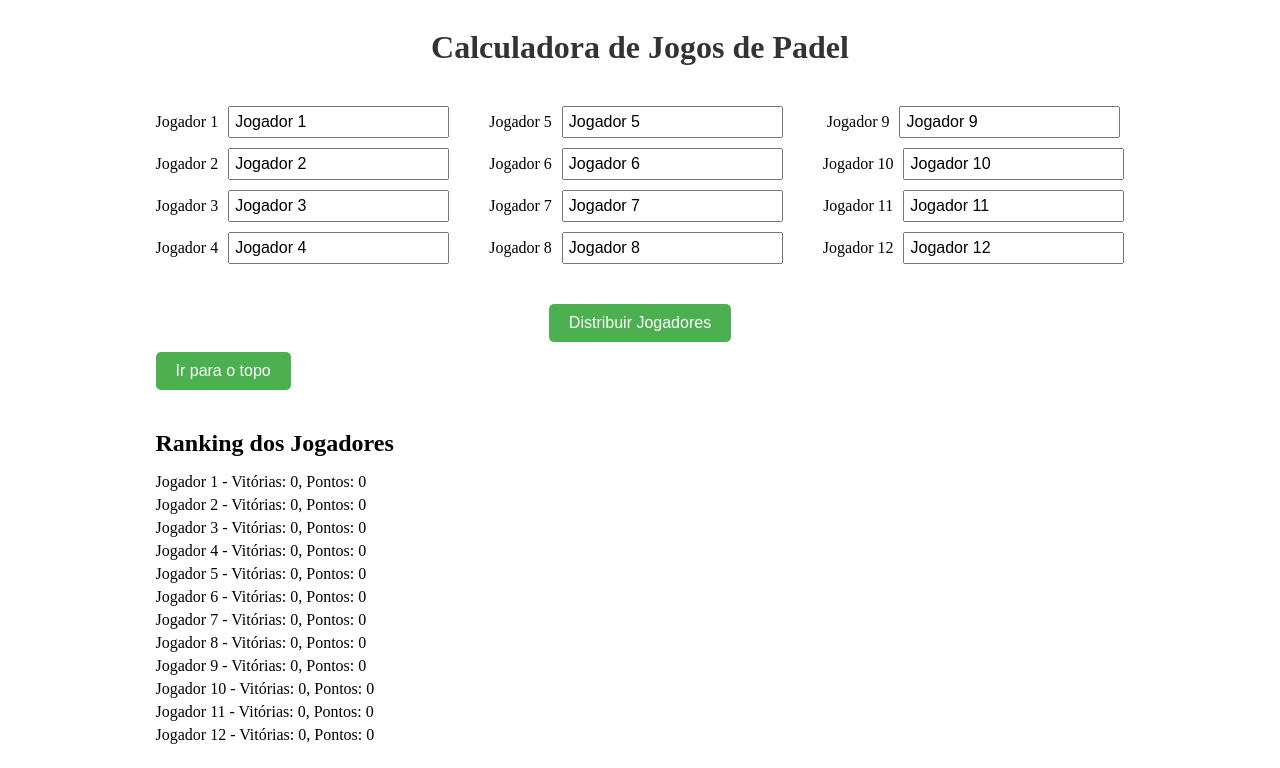
Repository: MarcioMiguel22/PadelMaster
Page: /calculadora
These files come from the project's save history. The page is drawn as it stood at one moment and after the next save; the edit follows.
The browser window is 1280 px wide. The pictures show the whole page.
The project was rebuilt for these pictures with package versions that can differ from the ones it lists, and the page was loaded fresh each time. Also part of the build but not shown: vite.config.ts, src/pages/Home/Home.tsx, src/index.css.

Above is the page before, as saved 2024-06-13 23:39:54.

### src/main.tsx
///home/marciomiguel/code/MarcioMiguel22/Sites/PadelMaster/src/main.tsx
import { render } from 'react-dom';
import { StrictMode } from 'react';
import App from './App';
import './index.css';

const root = document.getElementById('root')!;
render(
  <StrictMode>
    <App />
  </StrictMode>,
  root
);

### src/App.tsx

///home/marciomiguel/code/MarcioMiguel22/Sites/PadelMaster/src/App.tsx

import { BrowserRouter, Routes, Route } from 'react-router-dom';
import Home from './pages/Home/Home';
import Calculadora from './pages/Calculadora/Calculadora';

function App() {
  return (
    <BrowserRouter>
      <Routes>
        <Route path="/" element={<Home />} />
        <Route path="/calculadora" element={<Calculadora />} /> // Wrap Calculadora component with curly braces
      </Routes>
    </BrowserRouter>
  );
}

export default App

### src/pages/Calculadora/Calculadora.tsx
import React, { useState } from 'react';
import './Calculadora.css';

type Jogador = {
  id: number;
  nome: string;
  vitorias: number;
  pontos: number;
};

type Time = {
  jogadores: Jogador[];
  resultado: number;
};

type Campo = {
  id: number;
  times: Time[];
};

const jogadoresIniciais: Jogador[] = Array.from({ length: 12 }, (_, i) => ({
  id: i + 1,
  nome: `Jogador ${i + 1}`,
  vitorias: 0,
  pontos: 0,
}));

const embaralharArray = <T,>(array: T[]): T[] => {
  const copiaArray = [...array];
  for (let i = copiaArray.length - 1; i > 0; i--) {
    const j = Math.floor(Math.random() * (i + 1));
    [copiaArray[i], copiaArray[j]] = [copiaArray[j], copiaArray[i]];
  }
  return copiaArray;
};

const criarTimes = (jogadores: Jogador[]): Time[] => {
  const jogadoresEmbaralhados = embaralharArray(jogadores);
  const times: Time[] = [];
  for (let i = 0; i < jogadoresEmbaralhados.length; i += 2) {
    times.push({ jogadores: jogadoresEmbaralhados.slice(i, i + 2), resultado: 0 });
  }
  return times;
};

const criarCampos = (times: Time[]): Campo[] => [
  { id: 1, times: times.slice(0, 2) },
  { id: 2, times: times.slice(2, 4) },
  { id: 3, times: times.slice(4, 6) },
];

const separarDuplas = (jogadores: Jogador[]): Jogador[] => {
  const separados: Jogador[] = [];
  while (jogadores.length) {
    const [jogador1, jogador2] = jogadores.splice(0, 2);
    separados.push(jogador1);
    if (jogador2) separados.push(jogador2);
  }
  return separados;
};

const criarNovasDuplas = (vencedores: Jogador[], perdedores: Jogador[]): Jogador[] => {
  const todosJogadores = separarDuplas([...vencedores, ...perdedores]);
  const novasDuplas: Jogador[] = [];

  for (let i = 0; i < todosJogadores.length; i += 2) {
    novasDuplas.push(todosJogadores[i]);
    novasDuplas.push(todosJogadores[i + 1]);
  }

  return novasDuplas;
};

const CalculadoraApp: React.FC = () => {
  const [jogadores, setJogadores] = useState<Jogador[]>(jogadoresIniciais);
  const [jogos, setJogos] = useState<Campo[][]>([]);

  const handleNomeChange = (id: number, novoNome: string) => {
    setJogadores(jogadores.map(jogador =>
      jogador.id === id ? { ...jogador, nome: novoNome } : jogador
    ));
  };

  const handleResultadoChange = (jogoIndex: number, campoId: number, timeIndex: number, novoResultado: number) => {
    setJogos(jogos.map((jogo, idx) =>
      idx === jogoIndex
        ? jogo.map(campo =>
            campo.id === campoId
              ? {
                  ...campo,
                  times: campo.times.map((time, index) =>
                    index === timeIndex ? { ...time, resultado: novoResultado } : time
                  ),
                }
              : campo
          )
        : jogo
    ));
  };

  const handleNomeEdit = (jogoIndex: number, campoId: number, timeIndex: number, jogadorIndex: number, novoNome: string) => {
    setJogos(jogos.map((jogo, idx) =>
      idx === jogoIndex
        ? jogo.map(campo =>
            campo.id === campoId
              ? {
                  ...campo,
                  times: campo.times.map((time, tIdx) =>
                    tIdx === timeIndex
                      ? {
                          ...time,
                          jogadores: time.jogadores.map((jogador, jIdx) =>
                            jIdx === jogadorIndex ? { ...jogador, nome: novoNome } : jogador
                          ),
                        }
                      : time
                  ),
                }
              : campo
          )
        : jogo
    ));
  };

  const distribuirJogadores = () => {
    const times = criarTimes(jogadores);
    const novosCampos = criarCampos(times);
    setJogos([novosCampos]);
  };

  const iniciarProximoJogo = () => {
    const ultimoJogo = jogos[jogos.length - 1];
    const novosCampos: Campo[] = [
      { id: 1, times: [] },
      { id: 2, times: [] },
      { id: 3, times: [] },
    ];

    ultimoJogo.forEach(campo => {
      if (campo.times.length === 2) {
        const [time1, time2] = campo.times;
        const vencedores = time1.resultado > time2.resultado ? time1.jogadores : time2.jogadores;
        const perdedores = time1.resultado > time2.resultado ? time2.jogadores : time1.jogadores;

        const margemVitoria = Math.abs(time1.resultado - time2.resultado);

        vencedores.forEach(jogador => {
          jogador.vitorias += 1;
          jogador.pontos += margemVitoria;
        });

        const jogadoresSeparados = criarNovasDuplas(vencedores, perdedores);

        if (campo.id === 1) {
          novosCampos[0].times.push({ jogadores: [jogadoresSeparados[0], jogadoresSeparados[1]], resultado: 0 });
          novosCampos[1].times.push({ jogadores: [jogadoresSeparados[2], jogadoresSeparados[3]], resultado: 0 });
        } else if (campo.id === 2) {
          novosCampos[0].times.push({ jogadores: [jogadoresSeparados[0], jogadoresSeparados[1]], resultado: 0 });
          novosCampos[2].times.push({ jogadores: [jogadoresSeparados[2], jogadoresSeparados[3]], resultado: 0 });
        } else if (campo.id === 3) {
          novosCampos[1].times.push({ jogadores: [jogadoresSeparados[0], jogadoresSeparados[1]], resultado: 0 });
          novosCampos[2].times.push({ jogadores: [jogadoresSeparados[2], jogadoresSeparados[3]], resultado: 0 });
        }
      }
    });

    setJogos([...jogos, novosCampos]);
  };

  const getTeamClass = (campo: Campo, timeIndex: number): string => {
    if (campo.times.length < 2) return '';
    const resultadoAtual = campo.times[timeIndex].resultado;
    const resultadoOponente = campo.times[1 - timeIndex]?.resultado;
    if (resultadoAtual > resultadoOponente) return 'team vencedor';
    if (resultadoAtual < resultadoOponente) return 'team perdedor';
    return 'team';
  };

  const scrollToTop = () => {
    window.scrollTo({ top: 0, behavior: 'smooth' });
  };

  const jogadoresClassificados = [...jogadores].sort((a, b) => {
    if (b.vitorias === a.vitorias) {
      return b.pontos - a.pontos;
    }
    return b.vitorias - a.vitorias;
  });

  return (
    <div className="calculadora-container">
      <h1>Calculadora de Jogos de Padel</h1>
      <div className="main-content">
        <div className="jogadores-lista">
          <div className="jogadores-coluna">
            {jogadores.slice(0, 4).map(jogador => (
              <div key={jogador.id} className="jogador-item">
                <label>{`Jogador ${jogador.id}`}</label>
                <input
                  type="text"
                  value={jogador.nome}
                  onChange={(e) => handleNomeChange(jogador.id, e.target.value)}
                />
              </div>
            ))}
          </div>
          <div className="jogadores-coluna">
            {jogadores.slice(4, 8).map(jogador => (
              <div key={jogador.id} className="jogador-item">
                <label>{`Jogador ${jogador.id}`}</label>
                <input
                  type="text"
                  value={jogador.nome}
                  onChange={(e) => handleNomeChange(jogador.id, e.target.value)}
                />
              </div>
            ))}
          </div>
          <div className="jogadores-coluna">
            {jogadores.slice(8, 12).map(jogador => (
              <div key={jogador.id} className="jogador-item">
                <label>{`Jogador ${jogador.id}`}</label>
                <input
                  type="text"
                  value={jogador.nome}
                  onChange={(e) => handleNomeChange(jogador.id, e.target.value)}
                />
              </div>
            ))}
          </div>
        </div>
        <div className="fields-container">
          <button onClick={distribuirJogadores} className="distribute-button">Distribuir Jogadores</button>
          {jogos.map((jogo, jogoIndex) => (
            <div key={jogoIndex} className="jogo">
              <h2>Resultados Jogo {jogoIndex + 1}</h2>
              <div className="campos">
                {jogo.map(campo => (
                  <div key={campo.id} className="field">
                    <h2>Campo {campo.id}</h2>
                    <ul>
                      {campo.times.map((time, idx) => (
                        <li key={idx} className={getTeamClass(campo, idx)}>
                          <div>
                            {time.jogadores.map((jogador, jogadorIndex) => (
                              <span key={jogador.id}>
                                <input
                                  type="text"
                                  value={jogador.nome}
                                  onChange={(e) => handleNomeEdit(jogoIndex, campo.id, idx, jogadorIndex, e.target.value)}
                                  className="jogador-input"
                                />
                                {jogadorIndex === 0 ? ' e ' : ''}
                              </span>
                            ))}
                            <input
                              type="number"
                              value={time.resultado}
                              onChange={(e) => handleResultadoChange(jogoIndex, campo.id, idx, parseInt(e.target.value))}
                              className="resultado-input"
                            />
                          </div>
                        </li>
                      ))}
                    </ul>
                  </div>
                ))}
              </div>
            </div>
          ))}
        </div>
        {jogos.length > 0 && jogos.length < 5 && (
          <button onClick={iniciarProximoJogo} className="distribute-button">Jogo {jogos.length + 1}</button>
        )}
        <button onClick={scrollToTop} className="scroll-to-top">Ir para o topo</button>
        <div className="ranking-container">
          <h2>Ranking dos Jogadores</h2>
          <ul>
            {jogadoresClassificados.map((jogador) => (
              <li key={jogador.id}>
                {jogador.nome} - Vitórias: {jogador.vitorias}, Pontos: {jogador.pontos}
              </li>
            ))}
          </ul>
        </div>
      </div>
    </div>
  );
};

export default CalculadoraApp;

### src/pages/Home/PadelPage.css
.padel-container {
  text-align: center;
  background-color: white;
  padding: 20px;
  border-radius: 10px;
  box-shadow: 0 0 10px rgba(0, 0, 0, 0.1);
}

h1 {
  color: #333;
  margin-bottom: 20px;
}

.padel-image {
  max-width: 50%;
  height: auto;
  border-radius: 10px;
  margin-bottom: 20px;
}

.enter-button {
  background-image: url('../../assets/images/tennis-ball.png'); /* Ensure the path is correct */
  background-size: cover;
  background-position: center;
  background-repeat: no-repeat;
  width: 60px;
  height: 60px;
  border: none;
  border-radius: 50%;
  cursor: pointer;
  padding: 0;
}

.enter-button:hover {
  transform: scale(1.1);
}

### src/pages/Calculadora/Calculadora.css
.calculadora-container {
  /* padding: 20px;
  text-align: center; */
  display: flex;
  flex-direction: column;
  align-items: center;
  gap: 20px;
}

.main-content {
  /* display: flex;
  flex-direction: column;
  align-items: center;
  gap: 20px; */
}

.jogadores-lista {
  display: flex;
  flex-direction: row;
  justify-content: space-between;
  gap: 40px;
  /* margin-bottom: 20px; */

}

.jogadores-coluna {
  display: flex;
  flex-direction: column;
  align-items: center;
}

.jogador-item {
  display: flex;
  align-items: center;
  margin-bottom: 10px;
}

.jogador-item label {
  margin-right: 10px;
}

.jogador-item input {
  padding: 5px;
  font-size: 16px;
}

.jogador-input {
  margin-right: 5px;
  padding: 5px;
  font-size: 16px;
  border: 1px solid #ccc;
  border-radius: 5px;
}

.distribute-button, .scroll-to-top {
  background-color: #4CAF50;
  color: white;
  padding: 10px 20px;
  border: none;
  border-radius: 5px;
  cursor: pointer;
  font-size: 16px;
  margin-top: 10px;
}

.distribute-button:hover, .scroll-to-top:hover {
  background-color: #45a049;
}

.fields-container {
  display: flex;
  flex-direction: column;
  align-items: center;
  margin-top: 20px;
}

.jogo {
  margin-bottom: 40px;
}

.campos {
  display: flex;
  justify-content: space-around;
}

.field {
  background-color: #f9f9f9;
  padding: 20px;
  border-radius: 10px;
  box-shadow: 0 0 10px rgba(0, 0, 0, 0.1);
  width: 30%;
}

.field h2 {
  margin-top: 0;
}

.team {
  list-style-type: none;
  padding: 5px;
  background-color: #fff;
  margin: 5px 0;
  border-radius: 5px;
  box-shadow: 0 0 5px rgba(0, 0, 0, 0.1);
}

.team.vencedor {
  background-color: #d4edda; /* Verde claro */
}

.team.perdedor {
  background-color: #f8d7da; /* Vermelho claro */
}

.team div {
  display: flex;
  align-items: center;
}

.team input.resultado-input {
  margin-left: 10px;
  width: 50px;
  padding: 5px;
  font-size: 16px;
}

.ranking-container {
  margin-top: 40px;
}

.ranking-container h2 {
  margin-bottom: 10px;
}

.ranking-container ul {
  list-style-type: none;
  padding: 0;
}

.ranking-container li {
  margin: 5px 0;
}

Loaded but not shown: index.html (common file)

After the next save:
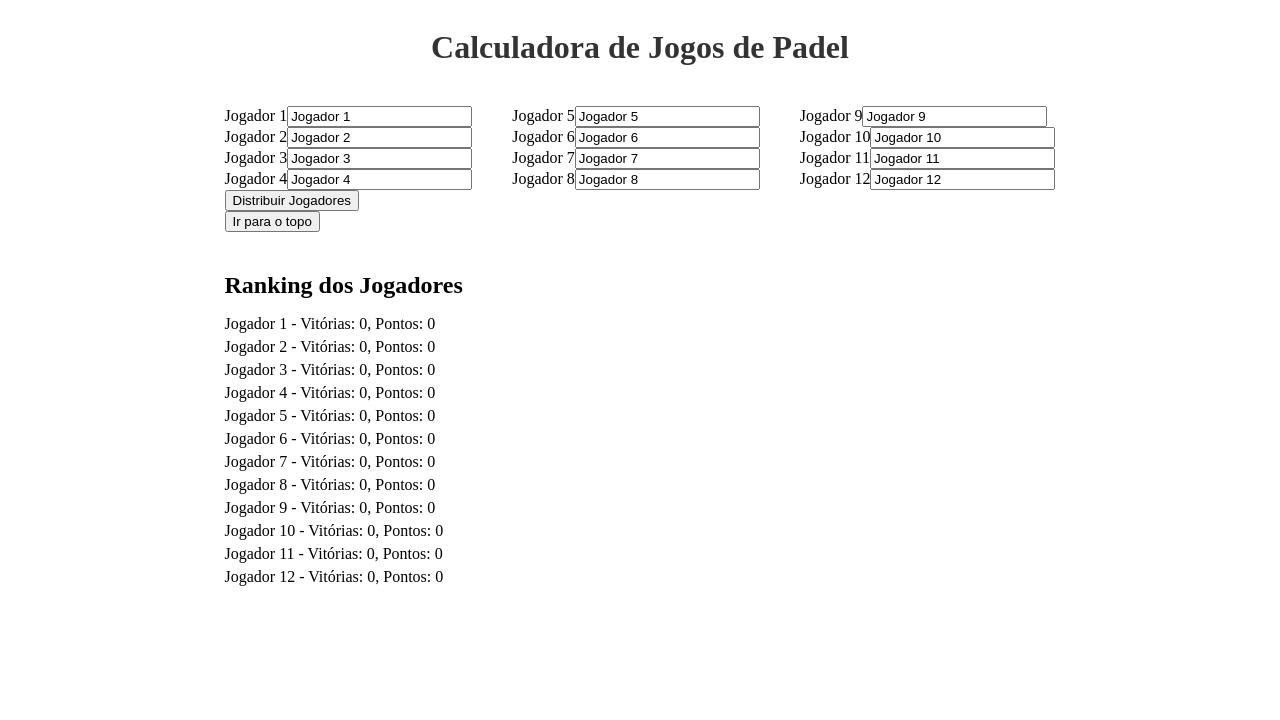
Saved 16 s later.
--- a/src/pages/Calculadora/Calculadora.css
+++ b/src/pages/Calculadora/Calculadora.css
@@ -23,7 +23,7 @@
 
 }
 
-.jogadores-coluna {
+/* .jogadores-coluna {
   display: flex;
   flex-direction: column;
   align-items: center;
@@ -139,4 +139,4 @@
 
 .ranking-container li {
   margin: 5px 0;
-}
+} */

After the save that followed:
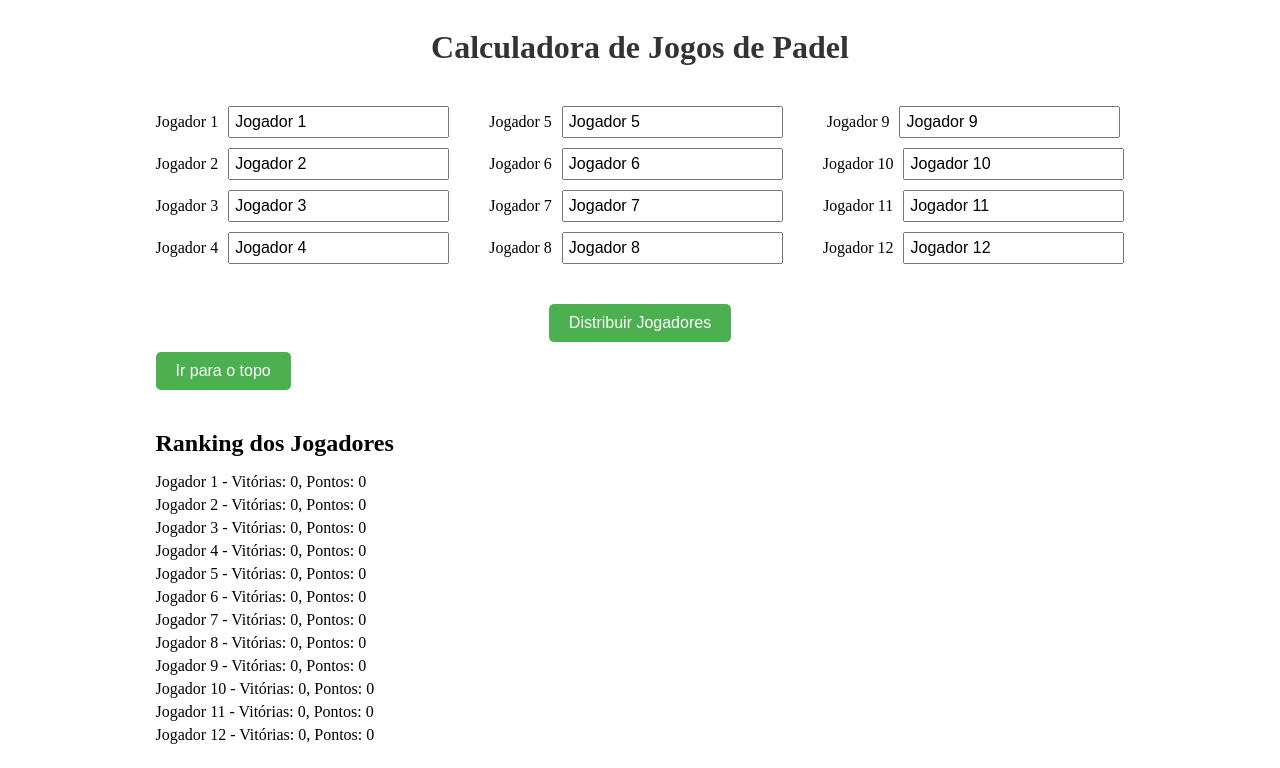
Saved 7 s later.
--- a/src/pages/Calculadora/Calculadora.css
+++ b/src/pages/Calculadora/Calculadora.css
@@ -23,7 +23,7 @@
 
 }
 
-/* .jogadores-coluna {
+.jogadores-coluna {
   display: flex;
   flex-direction: column;
   align-items: center;
@@ -139,4 +139,4 @@
 
 .ranking-container li {
   margin: 5px 0;
-} */
+}
